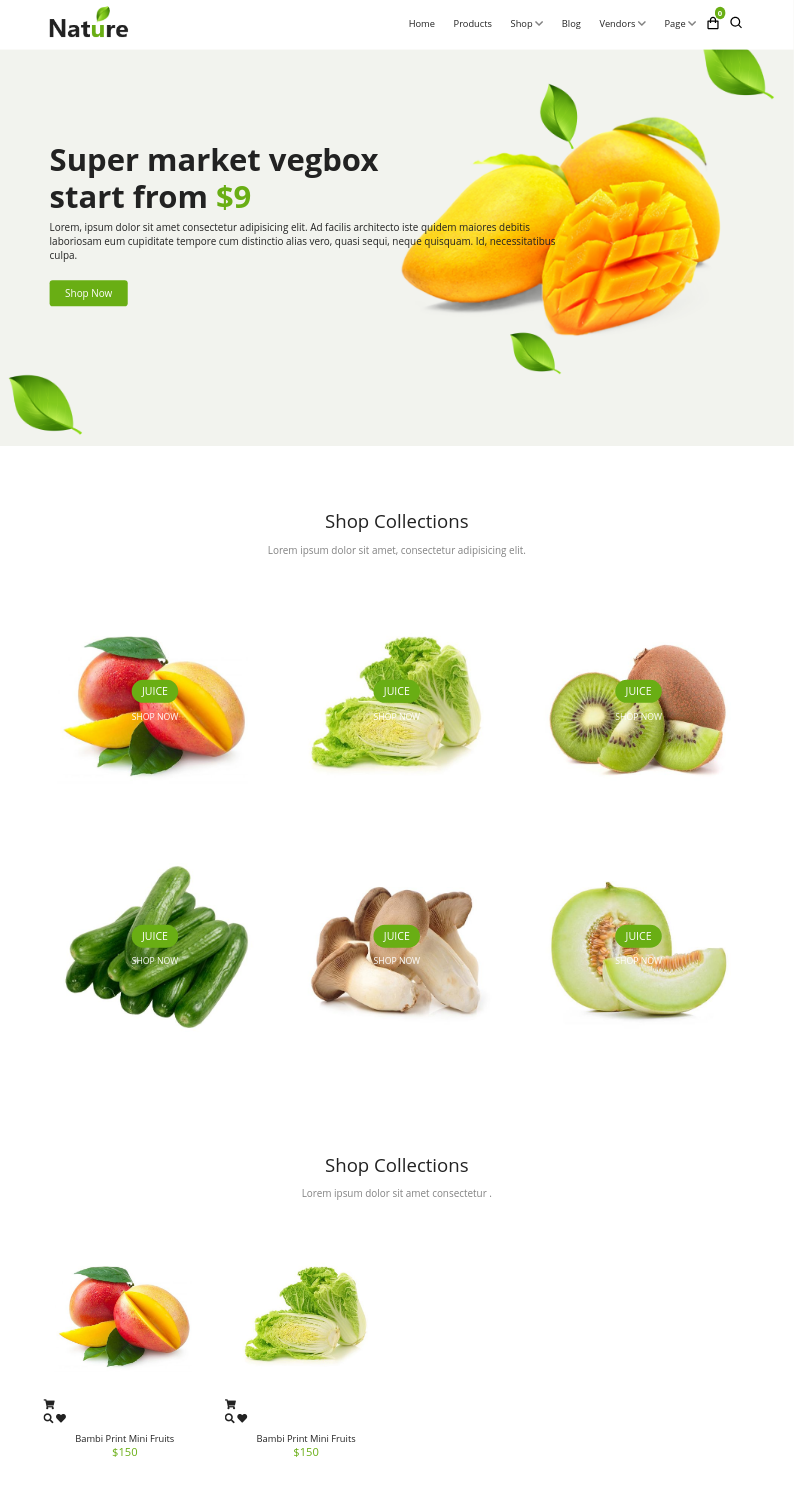
Repository: hoanggiainfomation/hoanggiainfomation.github.io
Page: index.html
The author's editor kept a copy of each file at every save. The page is drawn from the files as they stood at one save, then again after the next save.
The browser window is 1280 px wide. The pictures show the whole page, at 62% of full size.
Some web libraries are served in a nearby version.

Above is the page before, as saved 2021-08-17 21:12:42.

### index.html
<!DOCTYPE html>
<html lang="en">
  <head>
    <meta charset="UTF-8" />
    <meta name="viewport" content="width=device-width, initial-scale=1.0" />
    <!-- Favicon -->
    <link rel="shortcut icon" href="./images/favicon.png" type="image/png" />
    <!-- Font Awesome -->
    <link
      rel="stylesheet"
      href="https://cdnjs.cloudflare.com/ajax/libs/font-awesome/5.15.1/css/all.min.css"
    />
    <!-- ======== Swiper Js ======= -->
    <link
      rel="stylesheet"
      href="https://cdnjs.cloudflare.com/ajax/libs/Swiper/6.7.5/swiper-bundle.min.css"
    />

    <!-- Boxicons -->
    <link
      href="https://unpkg.com/boxicons@2.0.8/css/boxicons.min.css"
      rel="stylesheet"
    />
    <!-- Custom StyleSheet -->
    <link rel="stylesheet" href="./styles.css" />
    <title>Codevo - Ecommerce Website</title>
  </head>
  <body>
    <!-- Navigation -->
    <nav class="nav">
      <div class="wrapper container">
        <div class="logo">
          <a href="">
            <img src="./images/logo.png" alt="" />
          </a>
        </div>
        <ul class="nav-list show">
          <div class="top">
            <label for="" class="btn close-btn"
              ><i class="fas fa-times"></i
            ></label>
          </div>
          <li><a href="index.html">Home</a></li>
          <li><a href="products.html">Products</a></li>
          <li>
            <a href="" class="desktop-item"
              >Shop <span><i class="fas fa-chevron-down"></i></span
            ></a>
            <input type="checkbox" id="showMega" />
            <label for="showMega" class="mobile-item"
              >Shop <span><i class="fas fa-chevron-down"></i></span
            ></label>
            <div class="mega-box">
              <div class="content">
                <div class="row">
                  <img src="./images/nav.png" alt="" />
                </div>
                <div class="row">
                  <header>Shop Layout</header>
                  <ul class="mega-links">
                    <li><a href="#">Shop With Background</a></li>
                    <li><a href="#">Shop Mini Categories</a></li>
                    <li><a href="#">Shop Only Categories</a></li>
                    <li><a href="#">Shop Icon Categories</a></li>
                  </ul>
                </div>
                <div class="row">
                  <header>Filter Layout</header>
                  <ul class="mega-links">
                    <li><a href="#">Sidebar</a></li>
                    <li><a href="#">Filter Default</a></li>
                    <li><a href="#">Filter Drawer</a></li>
                    <li><a href="#">Filter Dropdown</a></li>
                  </ul>
                </div>
                <div class="row">
                  <header>Product Layout</header>
                  <ul class="mega-links">
                    <li><a href="#">Layout Zoom</a></li>
                    <li><a href="#">Layout Sticky</a></li>
                    <li><a href="#">Layout Sticky 2</a></li>
                    <li><a href="#">Layout Scroll</a></li>
                  </ul>
                </div>
              </div>
            </div>
          </li>
          <li><a href="">Blog</a></li>
          <li>
            <a href="" class="desktop-item"
              >Vendors <span><i class="fas fa-chevron-down"></i></span
            ></a>
            <input type="checkbox" id="showdrop1" />
            <label for="showdrop1" class="mobile-item"
              >Vendors <span><i class="fas fa-chevron-down"></i></span
            ></label>
            <ul class="drop-menu1">
              <li><a href="">Vendor Store listings</a></li>
              <li><a href="">Store Details</a></li>
            </ul>
          </li>

          <li>
            <a href="" class="desktop-item"
              >Page <span><i class="fas fa-chevron-down"></i></span
            ></a>
            <input type="checkbox" id="showdrop2" />
            <label for="showdrop2" class="mobile-item"
              >Page <span><i class="fas fa-chevron-down"></i></span
            ></label>
            <ul class="drop-menu2">
              <li><a href="">About</a></li>
              <li><a href="">Contact</a></li>
              <li><a href="">Faq</a></li>
              <li><a href="">Page 404</a></li>
            </ul>
          </li>
          <!-- icons -->
          <li class="icons">
            <a href="cart.html">
              <span>
                <img src="./images/shoppingBag.svg" alt="" />
                <small class="count d-flex">0</small>
              </span>
            </a>
            <span><img src="./images/search.svg" alt="" /></span>
          </li>
        </ul>
        <label for="" class="btn open-btn"><i class="fas fa-bars"></i></label>
      </div>
    </nav>
    <!-- Hero -->
    <div class="hero">
      <div class="row">
        <!-- Swiper -->
        <div class="swiper-container slider-1">
          <div class="swiper-wrapper">
            <div class="swiper-slide">
              <img src="./images/hero-1.png" alt="" />
              <div class="content">
                <h1>
                  Super market vegbox
                  <br />
                  start from
                  <span>$9</span>
                </h1>
                <p>
                  Lorem, ipsum dolor sit amet consectetur adipisicing elit. Ad
                  facilis architecto iste quidem maiores debitis laboriosam eum
                  cupiditate tempore cum distinctio alias vero, quasi sequi,
                  neque quisquam. Id, necessitatibus culpa.
                </p>
                <a href="">Shop Now</a>
              </div>
            </div>
            <div class="swiper-slide">
              <img src="./images/hero-2.png" alt="" />
              <div class="content">
                <h1>
                  You first Order
                  <br />
                  start from
                  <span>20% off</span>
                  at Juice
                </h1>
                <p>
                  Lorem, ipsum dolor sit amet consectetur adipisicing elit. Ad
                  facilis architecto iste quidem maiores debitis laboriosam eum
                  cupiditate tempore cum distinctio alias vero, quasi sequi,
                  neque quisquam. Id, necessitatibus culpa.
                </p>
                <a href="">Shop Now</a>
              </div>
            </div>
            <div class="swiper-slide">
              <img src="./images/hero-3.png" alt="" />
              <div class="content">
                <h1>
                  Super market vegbox
                  <br />
                  start from
                  <span>$9</span>
                </h1>
                <p>
                  Lorem, ipsum dolor sit amet consectetur adipisicing elit. Ad
                  facilis architecto iste quidem maiores debitis laboriosam eum
                  cupiditate tempore cum distinctio alias vero, quasi sequi,
                  neque quisquam. Id, necessitatibus culpa.
                </p>
                <a href="">Shop Now</a>
              </div>
            </div>
          </div>
          <!-- <div class="swiper-button-next"></div>
        <div class="swiper-button-prev"></div> -->
        </div>
      </div>
      <!-- Carousel Navigation -->
      <div class="arrows d-flex">
        <div class="swiper-prev d-flex">
          <i class="bx bx-chevrons-left swiper-icon"></i>
        </div>
        <div class="swiper-next d-flex">
          <i class="bx bx-chevrons-right swiper-icon"></i>
        </div>
      </div>
    </div>
    <!-- Collertions -->
    <section class="section collection">
      <div class="title">
        <h2>Shop Collections</h2>
        <span>Lorem ipsum dolor sit amet, consectetur adipisicing elit.</span>
      </div>
      <div class="collection-layout container">
        <div class="collection-item">
          <img src="./images/product-1.jpg" alt="" />
          <div class="collection-content">
            <h3>JUICE</h3>
            <a href="">SHOP NOW</a>
          </div>
        </div>
        <div class="collection-item">
          <img src="./images/product-2.jpg" alt="" />
          <div class="collection-content">
            <h3>JUICE</h3>
            <a href="">SHOP NOW</a>
          </div>
        </div>
        <div class="collection-item">
          <img src="./images/product-3.jpg" alt="" />
          <div class="collection-content">
            <h3>JUICE</h3>
            <a href="">SHOP NOW</a>
          </div>
        </div>
        <div class="collection-item">
          <img src="./images/product-4.jpg" alt="" />
          <div class="collection-content">
            <h3>JUICE</h3>
            <a href="">SHOP NOW</a>
          </div>
        </div>
        <div class="collection-item">
          <img src="./images/product-5.jpg" alt="" />
          <div class="collection-content">
            <h3>JUICE</h3>
            <a href="">SHOP NOW</a>
          </div>
        </div>
        <div class="collection-item">
          <img src="./images/product-6.jpg" alt="" />
          <div class="collection-content">
            <h3>JUICE</h3>
            <a href="">SHOP NOW</a>
          </div>
        </div>
      </div>
    </section>
    <!-- Featured Section -->
    <section class="section featured">
      <div class="title">
        <h2>Shop Collections</h2>
        <span>Lorem ipsum dolor sit amet consectetur .</span>
      </div>
      <div class="row container">
        <div class="swiper-container slider-2">
          <div class="swiper-wrapper">
            <div class="swiper-slide">
              <div class="product">
                <div class="img-container">
                  <img src="./images/product-1.jpg" alt="" />
                  <div class="addCart">
                    <i class="fas fa-shopping-cart"></i>
                  </div>
                  <ul class="side-icons">
                    <span><i class="fas fa-search"></i></span>
                    <span><i class="fas fa-heart"></i></span>
                    <span><i class="fas fa-slisers-h"></i></span>
                  </ul>
                </div>
                <div class="bottom">
                  <a href="productDetails.html">Bambi Print Mini Fruits</a>
                  <div class="price">
                    <span>$150</span>
                  </div>
                </div>
              </div>
            </div>
            <div class="swiper-slide">
              <div class="product">
                <div class="img-container">
                  <img src="./images/product-2.jpg" alt="" />
                  <div class="addCart">
                    <i class="fas fa-shopping-cart"></i>
                  </div>
                  <ul class="side-icons">
                    <span><i class="fas fa-search"></i></span>
                    <span><i class="fas fa-heart"></i></span>
                    <span><i class="fas fa-slisers-h"></i></span>
                  </ul>
                </div>
                <div class="bottom">
                  <a href="productDetails.html">Bambi Print Mini Fruits</a>
                  <div class="price">
                    <span>$150</span>
                  </div>
                </div>
              </div>
            </div>
          </div>
        </div>
      </div>
    </section>
    <!-- ======== SwiperJS ======= -->
    <script src="https://cdnjs.cloudflare.com/ajax/libs/Swiper/6.7.5/swiper-bundle.min.js"></script>
    <!-- Custom Scripts -->
    <script src="./js/slider.js"></script>
    <script src="./js/index.js"></script>
  </body>
</html>

Loaded but not shown: js/slider.js (32 lines, source omitted); js/index.js (10 lines, source omitted); styles.css (672 lines, source omitted)

After the next save:
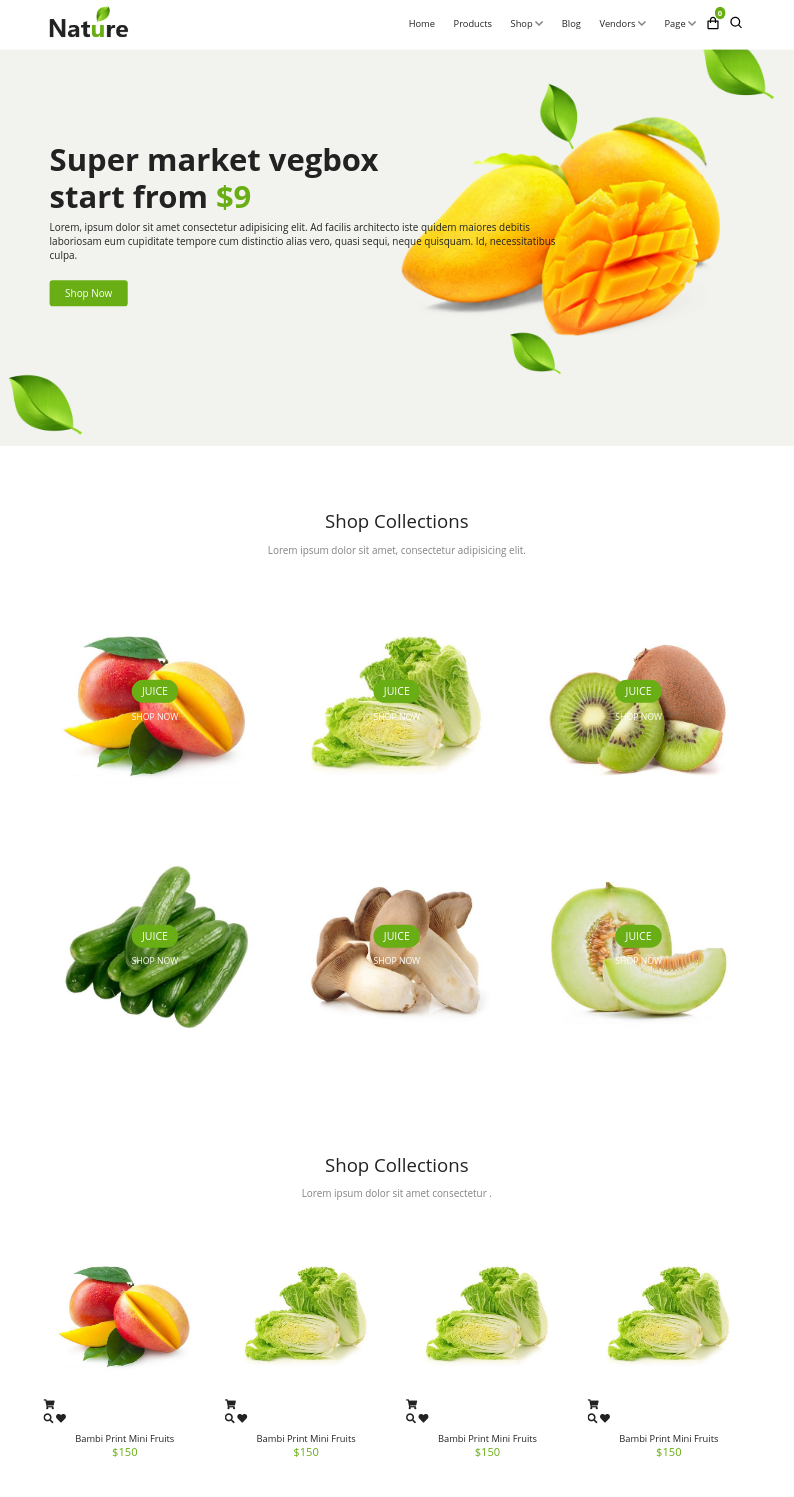
Saved 31 s later.
--- a/index.html
+++ b/index.html
@@ -307,6 +307,48 @@
                 </div>
               </div>
             </div>
+            <div class="swiper-slide">
+              <div class="product">
+                <div class="img-container">
+                  <img src="./images/product-2.jpg" alt="" />
+                  <div class="addCart">
+                    <i class="fas fa-shopping-cart"></i>
+                  </div>
+                  <ul class="side-icons">
+                    <span><i class="fas fa-search"></i></span>
+                    <span><i class="fas fa-heart"></i></span>
+                    <span><i class="fas fa-slisers-h"></i></span>
+                  </ul>
+                </div>
+                <div class="bottom">
+                  <a href="productDetails.html">Bambi Print Mini Fruits</a>
+                  <div class="price">
+                    <span>$150</span>
+                  </div>
+                </div>
+              </div>
+            </div>
+            <div class="swiper-slide">
+              <div class="product">
+                <div class="img-container">
+                  <img src="./images/product-2.jpg" alt="" />
+                  <div class="addCart">
+                    <i class="fas fa-shopping-cart"></i>
+                  </div>
+                  <ul class="side-icons">
+                    <span><i class="fas fa-search"></i></span>
+                    <span><i class="fas fa-heart"></i></span>
+                    <span><i class="fas fa-slisers-h"></i></span>
+                  </ul>
+                </div>
+                <div class="bottom">
+                  <a href="productDetails.html">Bambi Print Mini Fruits</a>
+                  <div class="price">
+                    <span>$150</span>
+                  </div>
+                </div>
+              </div>
+            </div>
           </div>
         </div>
       </div>
